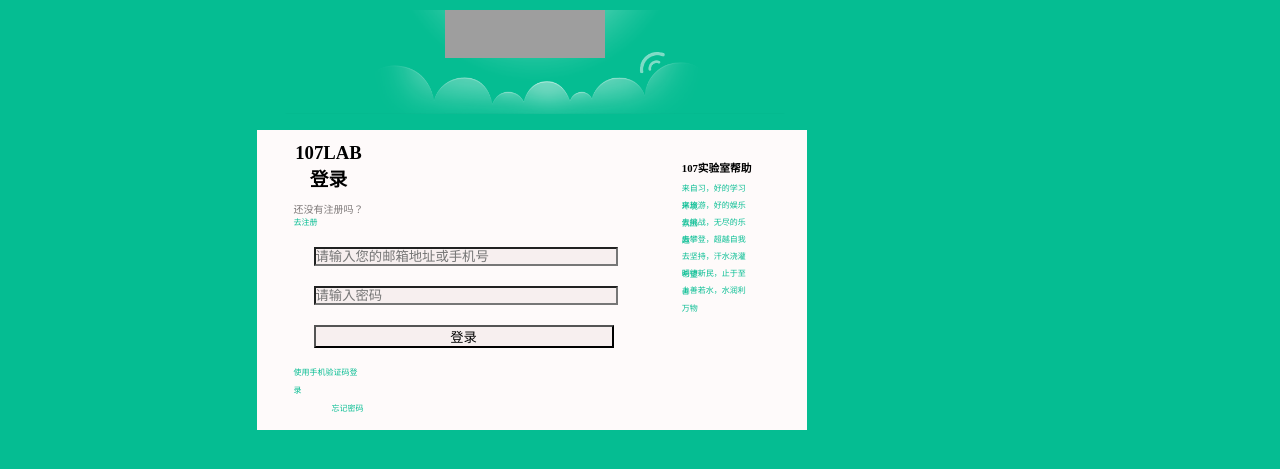
Repository: zz-yy/2023_homework
Page: 第一次考核作业/mazehua/index.html
An editor plug-in stored every save of this project. The page is shown before and after the next save, followed by the edit.
The browser window is 1280 px wide. The pictures show the whole page.
Pictures or frames that could not be fetched are drawn as grey boxes.

Above is the page before, as saved 2024-04-04 22:39:41.

After the next save:
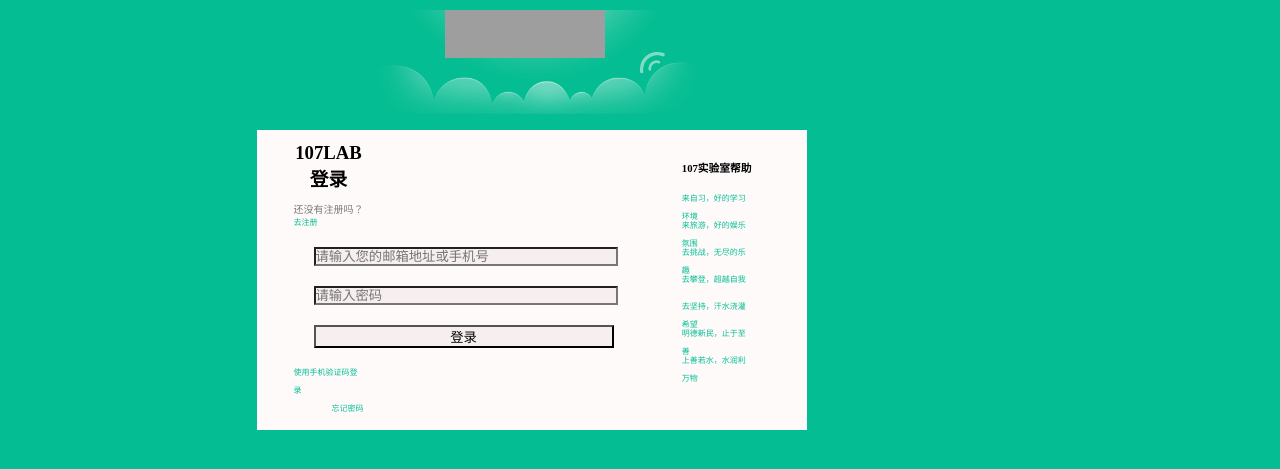
Saved 3 s later.
--- a/第一次考核作业/mazehua/index.css
+++ b/第一次考核作业/mazehua/index.css
@@ -51,7 +51,7 @@ h3{
 
 li {
     width:70px;
-    height: 10px;
+    height: 20px;
     list-style: none;
     padding: 0px 0px;
     margin: 7px;
